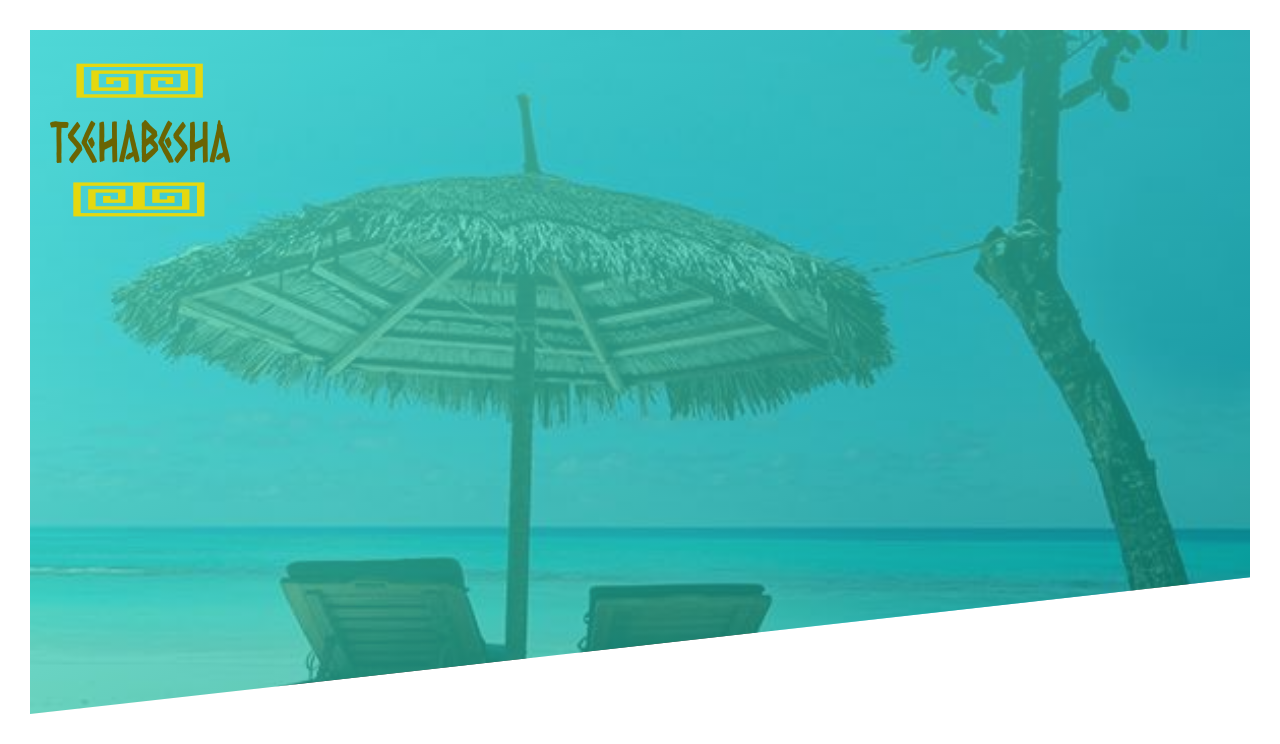
Repository: Azariagmt/tour-and-travel
Page: index.html
The author's editor kept a copy of each file at every save. The page is drawn from the files as they stood at one save, then again after a run of saves.
The browser window is 1280 px wide. The pictures show the whole page.

Above is the page before, as saved 2020-03-24 16:49:12.

After the next 2 saves:
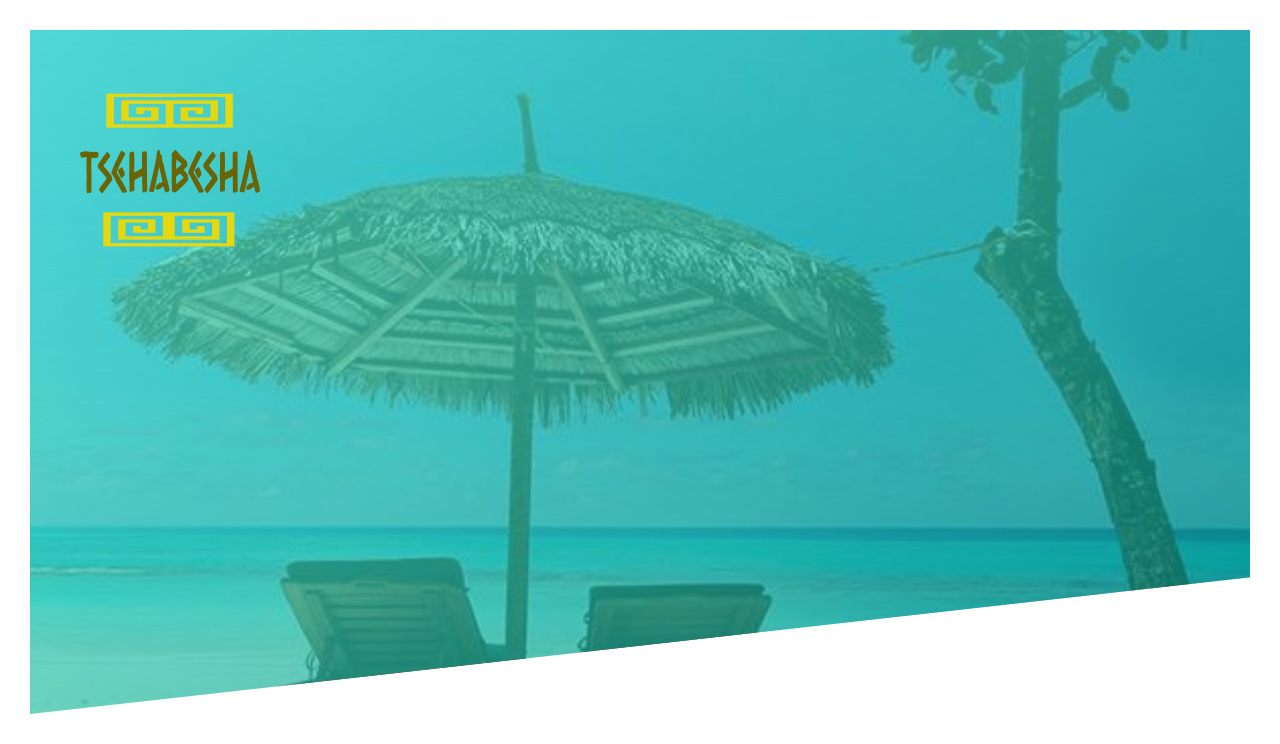
The 2 saves are shown as one change because they came seconds apart.
The last was saved 30 s later.
--- a/css/style.css
+++ b/css/style.css
@@ -20,14 +20,14 @@ body {
   background-size: cover;
   background-position: top;
   clip-path: polygon(0 0, 100% 0, 100% 80%, 0% 100%);
+  position: relative;
 }
 
-.logo-box{
-  position:absolute;
-  top:40px;
-  left:40px;
+.logo-box {
+  position: absolute;
+  top: 40px;
+  left: 40px;
 }
 
-.logo{
-
+.logo {
 }
